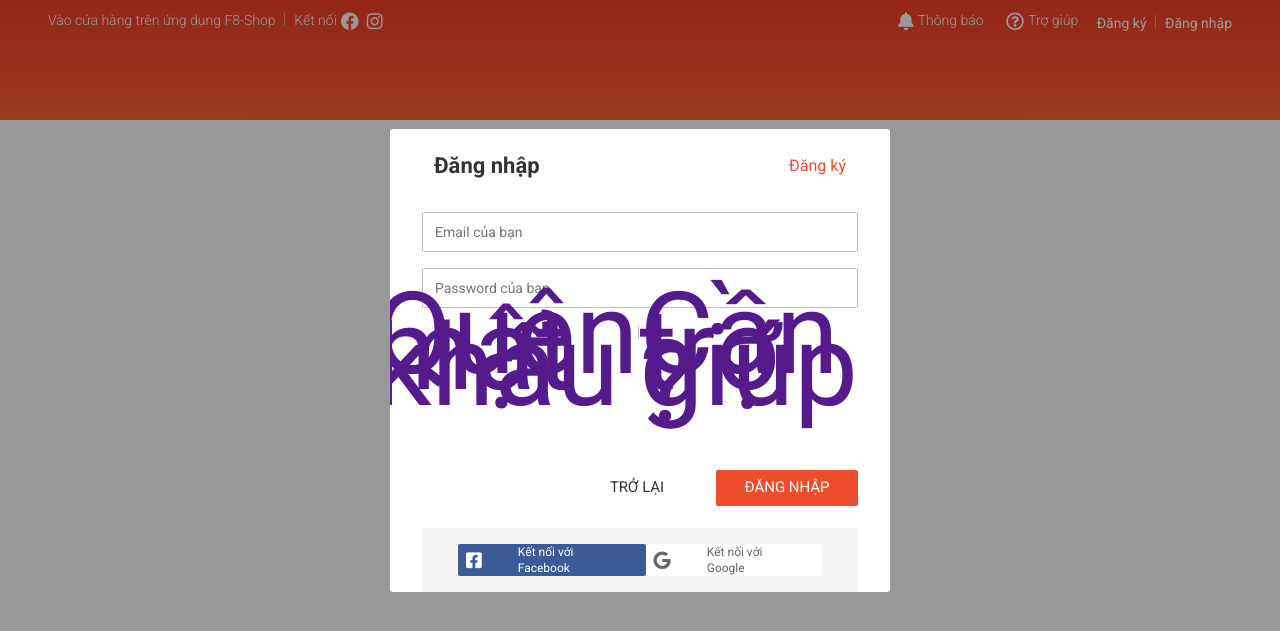
Repository: tvhoangit/tvhoangit.github.io
Page: Shoppe/index.html
These files come from the project's save history. The page is drawn as it stood at one moment and after the next save; the edit follows.
The browser window is 1280 px wide. The pictures show the whole page.

Above is the page before, as saved 2021-10-17 14:36:28.

### Shoppe/index.html
<!DOCTYPE html>
<html lang="en">
<head>
    <meta charset="UTF-8">
    <meta http-equiv="X-UA-Compatible" content="IE=edge">
    <meta name="viewport" content="width=device-width, initial-scale=1.0">
    <title>Document</title>
    <link rel="stylesheet" href="https://cdnjs.cloudflare.com/ajax/libs/normalize/8.0.1/normalize.min.css">
    <link rel="stylesheet" href="./assets/css/base.css">
    <link rel="stylesheet" href="./assets/css/main.css">
    <link rel="stylesheet" href="./assets/fonts/fontawesome-free-5.15.4-web/fontawesome-free-5.15.4-web/css/all.min.css">
    <link href="https://fonts.googleapis.com/css2?family=Open+Sans&family=Roboto:wght@300;400;500;700;900&display=swap" rel="stylesheet">
</head>
<body>

    <div class="app">
        <header class="header">
            <div class="grid">
                <nav class="header__navbar">
                    <ul class="header__navbar-list">
                        <li class="header__navbar-item header__navbar-item--qr header__navbar-item--separate">
                            Vào cửa hàng trên ứng dụng F8-Shop
                            <div class="header__qr">
                                <img src="./assets/img/QR.png" alt="QR code" class="header__qr-img">
                                <div class="header__qr-apps">
                                    <a href="" class="header__qr-link">
                                        <img src="./assets/img/gg_play.jpg" alt="GG Play" class="header__qr-dowload-img">
                                    </a>
                                    <a href="" class="header__qr-link">
                                        <img src="./assets/img/apstore.jpg" alt="ApStore" class="header__qr-dowload-img">
                                    </a>
                                </div>
                            </div>
                        </li>
                        <li class="header__navbar-item">
                            <span class="header__navbar-title--no-pointer">Kết nối</span>
                            <a href="" class="header__navbar-icon-link">
                                <i class="header__navbar--icon fab fa-facebook"></i>
                            </a>
                            <a href="" class="header__navbar-icon-link">
                                <i class="header__navbar--icon fab fa-instagram"></i>
                            </a>
                        </li>
                    </ul>

                    <ul class="header__navbar-list">
                        <li class="header__navbar-item header__navbar-item--has-notify">
                            <i class="header__navbar--icon fas fa-bell"></i>
                            <a href="" class="header__navbar-item-link">Thông báo</a>
                            <div class="header__notify">
                                <header class="header__notify--header">
                                    <h3>Thông báo mới nhận</h3>
                                </header>
                                <ul class="header__notify-list">
                                    <li class="header__notify-item header__notify-item--viewed">
                                        <a href="" class="header__notify-link">
                                            <span>
                                                <img src="./assets/img/myphamohui.png" alt="" class="header__notify-img">
                                            </span>
                                            <div class="header__notify-info">
                                                <span class="header__notify-name">Mỹ phẩm Ohui chính hãng</span>
                                                <span class="header__notify-description">Mô tả</span>
                                            </div>
                                        </a>
                                    </li>
                                    <li class="header__notify-item">
                                        <a href="" class="header__notify-link">
                                            <span>
                                                <img src="./assets/img/myphamohui.png" alt="" class="header__notify-img">
                                            </span>
                                            <div class="header__notify-info">
                                                <span class="header__notify-name">Mỹ phẩm Ohui chính hãng</span>
                                                <span class="header__notify-description">Mô tả</span>
                                            </div>
                                        </a>
                                    </li>
                                    <li class="header__notify-item">
                                        <a href="" class="header__notify-link">
                                            <span>
                                                <img src="./assets/img/myphamohui.png" alt="" class="header__notify-img">
                                            </span>
                                            <div class="header__notify-info">
                                                <span class="header__notify-name">Mỹ phẩm Ohui chính hãng</span>
                                                <span class="header__notify-description">Mô tả</span>
                                            </div>
                                        </a>
                                    </li>
                                </ul>
                                <div class="header__notify-footer">
                                    <a href="" class="header__notify-footer-btn">Xem tất cả</a>
                                </div>
                            </div>
                        </li>
                        <li class="header__navbar-item">
                            <i class="header__navbar--icon far fa-question-circle"></i>
                            <a href="" class="header__navbar-item-link">Trợ giúp</a>
                        </li>
                        <li class="header__navbar-item header__navbar-item--strong header__navbar-item--separate">Đăng ký</li>
                        <li class="header__navbar-item header__navbar-item--strong">Đăng nhập</li>
                    </ul>
                </nav>
            </div>
        </header>
    </div>
    <div class="container">


    </div>
    <div class="footer">

    </div>


    <!-- Form Đăng ký đăng nhập -->
    <div class="modal">
        <div class="modal__overlay">

        </div>
        <div class="modal__body">
            <!-- Register form -->
            <!-- <div class="auth-form">
                <div class="auth-form__container">
                    <div class="auth-form__header">
                        <h3 class="auth-form__heading">Đăng ký</h3>
                        <span class="auth-form__switch-btn">Đăng nhập</span>
                    </div>
                    <div class="auth-form__form">
                        <div class="auth-form__group">
                            <input type="text" class="auth-form__input" placeholder="Email của bạn">
                        </div>
                        <div class="auth-form__group">
                            <input type="password" class="auth-form__input" placeholder="Password của bạn">
                        </div>
                        <div class="auth-form__group">
                            <input type="password" class="auth-form__input" placeholder="Nhập lại Password">
                        </div>
                    </div>
                    <div class="auth-form__aside">
                        <p class="auth-form__policy-text">
                            Bằng việc đăng kí, bạn đã đồng ý với F8-Shop về
                            <a href="" class="auth-form__text-link">Điểu khoản dịch vụ </a>&
                            <a href="" class="auth-form__text-link">Chính sách bảo mật</a>
                        </p>
                    </div>
                    <div class="auth-form__controls">
                        <button class="btn auth-form__controls-back btn-normal">TRỞ LẠI</button>
                        <button class="btn btn--primary">ĐĂNG KÝ</button>
                    </div>
                </div>
                <div class="auth-form__socials">
                    <a href="" class="btn btn--size-s btn--width-icon auth-form__socials--facebook">
                        <i class="auth-form__socials-icon fab fa-facebook-square"></i>
                        <span class="auth-form__socials-title">
                            Kết nối với Facebook
                        </span>
                    </a>
                    <a href="" class="btn btn--size-s btn--width-icon auth-form__socials--google">
                        <i class="auth-form__socials-icon fab fa-google"></i>
                        <span class="auth-form__socials-title">
                            Kết nối với Google
                        </span>
                    </a>
                </div>
            </div> -->

            <!-- login form -->
            <div class="auth-form">
                <div class="auth-form__container">
                    <div class="auth-form__header">
                        <h3 class="auth-form__heading">Đăng nhập</h3>
                        <span class="auth-form__switch-btn">Đăng ký</span>
                    </div>
                    <div class="auth-form__form">
                        <div class="auth-form__group">
                            <input type="text" class="auth-form__input" placeholder="Email của bạn">
                        </div>
                        <div class="auth-form__group">
                            <input type="password" class="auth-form__input" placeholder="Password của bạn">
                        </div>                    </div>
                    <div class="auth-form__aside">
                    <div class="auth-form__aside">
                       <div class="auth-form__help">
                           <a href="" class="auth-form__help-link">Quên mật khẩu</a>
                           <div class="auth-form__help-sparate"></div>
                           <a href="" class="auth-form__help-link">Cần trợ giúp ?</a>
                       </div>
                    </div>
                    <div class="auth-form__controls">
                        <button class="btn auth-form__controls-back btn-normal">TRỞ LẠI</button>
                        <button class="btn btn--primary">ĐĂNG NHẬP</button>
                    </div>
                </div>
                <div class="auth-form__socials">
                    <a href="" class="btn btn--size-s btn--width-icon auth-form__socials--facebook">
                        <i class="auth-form__socials-icon fab fa-facebook-square"></i>
                        <span class="auth-form__socials-title">
                            Kết nối với Facebook
                        </span>
                    </a>
                    <a href="" class="btn btn--size-s btn--width-icon auth-form__socials--google">
                        <i class="auth-form__socials-icon fab fa-google"></i>
                        <span class="auth-form__socials-title">
                            Kết nối với Google
                        </span>
                    </a>
                </div>
            </div>
        </div>
    </div>

</body>
</html>

### Shoppe/assets/css/base.css
:root{
    --primary-color: #EE4D2D;
    --white-color: #fff;
    --black-color: #000;
    --text-color: #333;
    --border-color: #bdbdbd;
}

*{
    box-sizing: inherit;
}

html{
    font-size: 62.5%;
    line-height: 1.6rem;
    font-family: 'Roboto', sans-serif;
    box-sizing: border-box;
}

.grid{
    width: 1200px;
    max-width: 100%;
    margin: 0 auto;
}

.grid__full-width{
    width: 100%;
}

.grid__row{
    display: flex;
    flex-wrap: wrap;
}

/* Animation */
@keyframes fadeIn {
    from {
        opacity: 0;
    }
    to {
        opacity: 1;
    }
}
/* Modal */
.modal {
    position: fixed;
    top: 0;
    right: 0;
    bottom: 0;
    left: 0;
    display: flex;
}
.modal__overlay {
    position: absolute;
    width: 100%;
    height: 100%;
    background-color: rgba(0, 0, 0, 0.4);
}
.modal__body {
    margin: auto;
    position: relative;
    z-index: 1;
}

/* button style */
.btn {
    min-width: 142px;
    height: 36px;
    text-decoration: none;
    border: none;
    border-radius: 2px;
    font-size: 1.5rem;
    padding: 0 12px;
    background-color: var(--white-color);
    outline: none;
    cursor: pointer;
    color: var(--text-color);
    display: flex;
    align-items: center;
    justify-content: center;
}
.btn.btn-normal:hover {
    background-color: rgba(0, 0, 0, 0.05);
}
.btn.btn--size-s{
    height: 32px;
    font-size: 1.2rem;
    padding: 0 8px;
}
.btn.btn--primary {
    background-color: var(--primary-color);
    color: var(--white-color);
}
.btn.btn--disabled {
    color: #949494;
    cursor: default;
    background-color: #c3c3c3;
}

### Shoppe/assets/css/main.css
.header {
    height: 120px;
    background-image: linear-gradient(0, #fe6433, #f53e28);
}
.header__navbar {
    display: flex;
    justify-content: space-between;
    padding-top: 8px;
}
.header__navbar-list {
    list-style: none;
    padding-left: 0;
    margin-top: 4px;
}
.header__navbar-item {
    display: inline-block;
    margin: 0 8px 0px 8px;
    position: relative;
    min-height: 26px;
}
.header__navbar-item--qr:hover .header__qr {
    display: block;
}
.header__navbar-item--has-notify:hover .header__notify {
    display: block;
}
.header__navbar-item,
.header__navbar-item-link {
    font-size: 1.4rem;
    color: var(--white-color);
    text-decoration: none;
    font-weight: 300;
}
.header__navbar-item:hover,
.header__navbar-icon-link:hover,
.header__navbar-item-link:hover {
    color: rgba(255, 255, 255, 0.7);
    cursor: pointer;
}
.header__navbar-item,
.header__navbar-item-link,
.header__navbar-icon-link{
    display: inline-flex;
    text-align: center;
}
.header__navbar-item--strong {
    font-weight: 400;
}
.header__navbar-item--separate::after {
    content: "";
    display: block;
    position: absolute;
    border-left: 1px solid #FB9086;
    height: 14px;
    right: -9px;
    top: 25%;
    transform: translateY(-50%);
}
.header__navbar-icon-link {
    color: var(--white-color);
    text-decoration: none;
}
.header__navbar--icon {
    font-size: 1.8rem;
    margin: 0 4px;
}
.header__navbar-title--no-pointer {
    cursor: text;
    color: var(--white-color);
}
.header__qr {
    width: 186px;
    background-color: var(--white-color);
    position: absolute;
    left: 0;
    top: 100%;
    padding: 8px;
    border-radius: 2px;
    display: none;
    animation: fadeIn ease 0.3s;
}
.header__qr-img {
    width: 100%;
}
.header__qr-apps {
    display: flex;
    justify-content: space-between;
}
.header__qr-link {
    margin: 0px 11px;
}
.header__qr-dowload-img {
    height: 15px;
}

/* Header notification */
.header__notify {
    position: absolute;
    top: 100%;
    width: 404px;
    right: 0;
    border: 1px solid #D3D3D3;
    background-color: var(--white-color);
    cursor: default;
    /* lấy tâm để dịch chuyển */
    transform-origin: calc(100% - 20px) top;
    animation: headerNotifyGrowth ease-in 0.2s;
    /* nói cho web biết thuộc tính gì sẽ thay đổi để tối ưu hơn */
    will-change: opacity, transform;
    display: none;
}
.header__notify::before {
    content: "";
    border-width: 20px 27px;
    border-style: solid;
    border-color: transparent transparent var(--white-color) transparent;
    position: absolute;
    right: 4px;
    top: -30px;
}
@keyframes headerNotifyGrowth {
    from {
        opacity: 0;
        transform: scale(0);
    }
    to {
        opacity: 1;
        transform: scale(1);
    }
}
.header__notify--header {
    height: 40px;
    background-color: var(--white-color);
    margin-top: -15px;
}
.header__notify--header h3 {
    color: #999;
    margin-right: 237px;
    font-weight: 400;
    font-size: 1.5rem;
    line-height: 40px;

}
.header__notify-list {
    padding-left: 0;
}
.header__notify-item {
    display: flex;
}
.header__notify-item:hover {
    background-color: #f7f7f7;
}
.header__notify-item--viewed {
    background-color: rgba(238,75,43,0.08);
}
.header__notify-link {
    display: flex;
    width: 100%;
    padding: 12px;
    text-decoration: none;
}
.header__notify-img {
    width: 48px;
}
.header__notify-info {
    margin-left: 12px;
}
.header__notify-name {
    display: block;
    font-size: 1.4rem;
    color: var(--text-color);
    font-weight: 400;
    line-height: 1.8rem;
}
.header__notify-description {
    display: block;
    font-size: 1.2rem;
    line-height: 1.6rem;
    color: #756F6E;
    text-align: left;
    margin-top: 4px;;
}
.header__notify-footer {
    height: 40px;
}
.header__notify-footer-btn {
    text-decoration: none;
    line-height: 40px;
    color: var(--text-color);
    padding: 8px 32px;
    font-weight: 400;
}

/* Authen modal */
.auth-form {
    width: 500px;
    border-radius: 3px;
    overflow: hidden;
    background-color: var(--white-color);
}
.auth-form__container {
    padding: 0 32px;
}
.auth-form__header {
    display: flex;
    align-items: center;
    justify-content: space-between;
    margin-top: 7px;
    padding: 0 12px;
}
.auth-form__heading {
    font-size: 2.2rem;
    font: weight 400px;
    color: var(--text-color);
}
.auth-form__switch-btn {
    font-size: 1.6rem;
    color: var(--primary-color);
    font-weight: 400;
    cursor: pointer;
}
.auth-form__form {
}
.auth-form__input {
    width: 100%;
    height: 40px;
    margin-top: 16px;
    padding: 0 12px;
    font-size: 1.4rem;
    border: 1px solid var(--border-color);
    border-radius: 2px;
    outline: none;
}
.auth-form__input:focus {
    border-color: #888;
}
.auth-form__aside {
    margin-top: 18px;
}
.auth-form__policy-text {
    font-size: 1.2rem;
    line-height: 1.8rem;
    text-align: center;
    padding: 0 12px;
}
.auth-form__text-link {
    text-decoration: none;
    color: var(--primary-color);
}
.auth-form__controls {
    margin-top: 80px;
    display: flex;
    justify-content: flex-end;
}
.auth-form__controls-back {
    margin-right: 8px;
}
.auth-form__socials {
    background-color: #F5F5F5;
    padding: 16px 36px;
    display: flex;
    justify-content: space-between;
    margin-top: 22px;
}
.auth-form__socials-icon {
    font-size: 1.8rem;
}
.auth-form__socials--facebook {
    background-color: #3A5A98;
    color: var(--white-color);
}
.auth-form__socials--facebook
.auth-form__socials--icon {
    color: var(--white-color);
}
.auth-form__socials-title {
    margin: 0 36px;
}
.auth-form__socials--google {
    background-color: var(--white-color);
    color: #666;
}
.auth-form__help {
    display: flex;
    justify-content: flex-end;
}
.auth-form__help-link {
    text-decoration: none;
    font-size: 11.4rem;
}
.auth-form__help-sparate {
    display: block;
    height: 14px;
    border-left: 1px solid var(--border-color);
}

Loaded but not shown: Shoppe/assets/fonts/fontawesome-free-5.15.4-web/fontawesome-free-5.15.4-web/css/all.min.css (library)

After the next save:
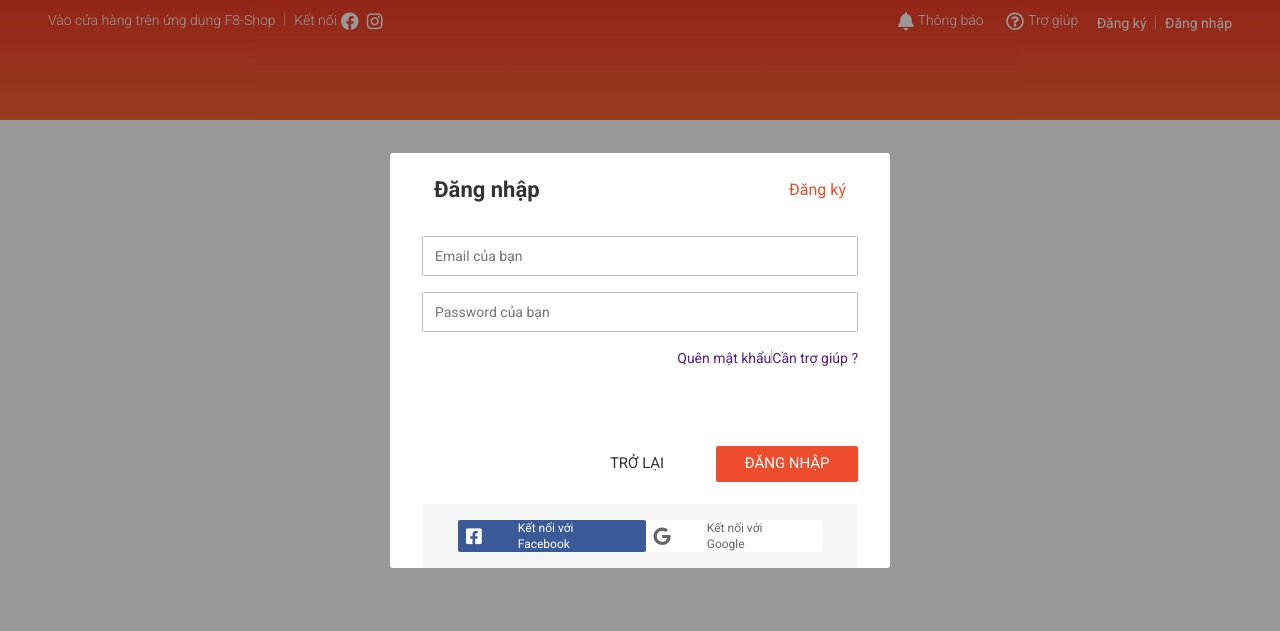
Saved 10 s later.
--- a/Shoppe/assets/css/main.css
+++ b/Shoppe/assets/css/main.css
@@ -286,7 +286,7 @@
 }
 .auth-form__help-link {
     text-decoration: none;
-    font-size: 11.4rem;
+    font-size: 1.4rem;
 }
 .auth-form__help-sparate {
     display: block;
